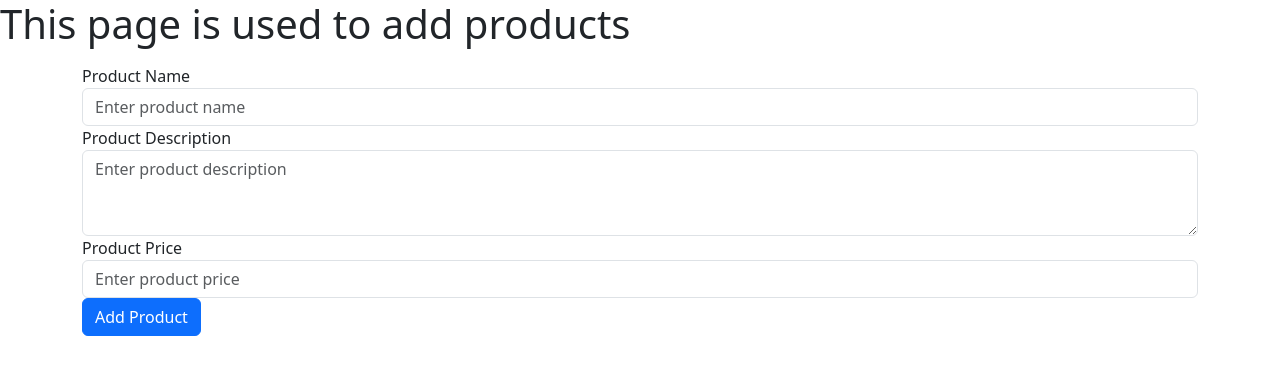
Repository: Rahulpanchal16/springMVCcrud
Page: http://localhost/SpringCRUDproject/WEB-INF/views/add_product_form.jsp
These files come from the project's save history. The page is drawn as it stood at one moment and after the next save; the edit follows.
The browser window is 1280 px wide. The pictures show the whole page.
The page is served by Tomcat 9. Nobody is signed in. The template is opened directly, without the code that normally fills it, so the values that code supplies are empty.

Above is the page before, as saved 2023-04-10 08:55:31.

After the next save:
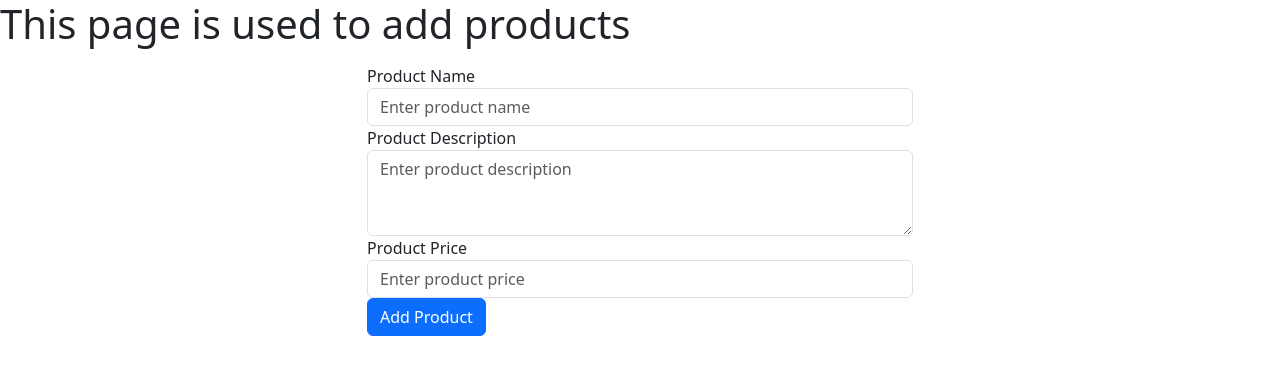
Saved 95 s later.
--- a/SpringCRUDproject/src/main/webapp/WEB-INF/views/add_product_form.jsp
+++ b/SpringCRUDproject/src/main/webapp/WEB-INF/views/add_product_form.jsp
@@ -9,6 +9,9 @@
 <body>
 	<h1>This page is used to add products</h1>
 	<div class="container mt-3">
+	<div class="row">
+	<div class="col-md-6 offset-md-3">
+
 	<form action="handleproduct" method="post">
   <div class="form-group">
     <label for="name">Product Name</label>
@@ -25,6 +28,8 @@
   <button type="submit" class="btn btn-primary">Add Product</button>
 </form>
 </div>
+</div>
+</div>
 
 </body>
 </html>
